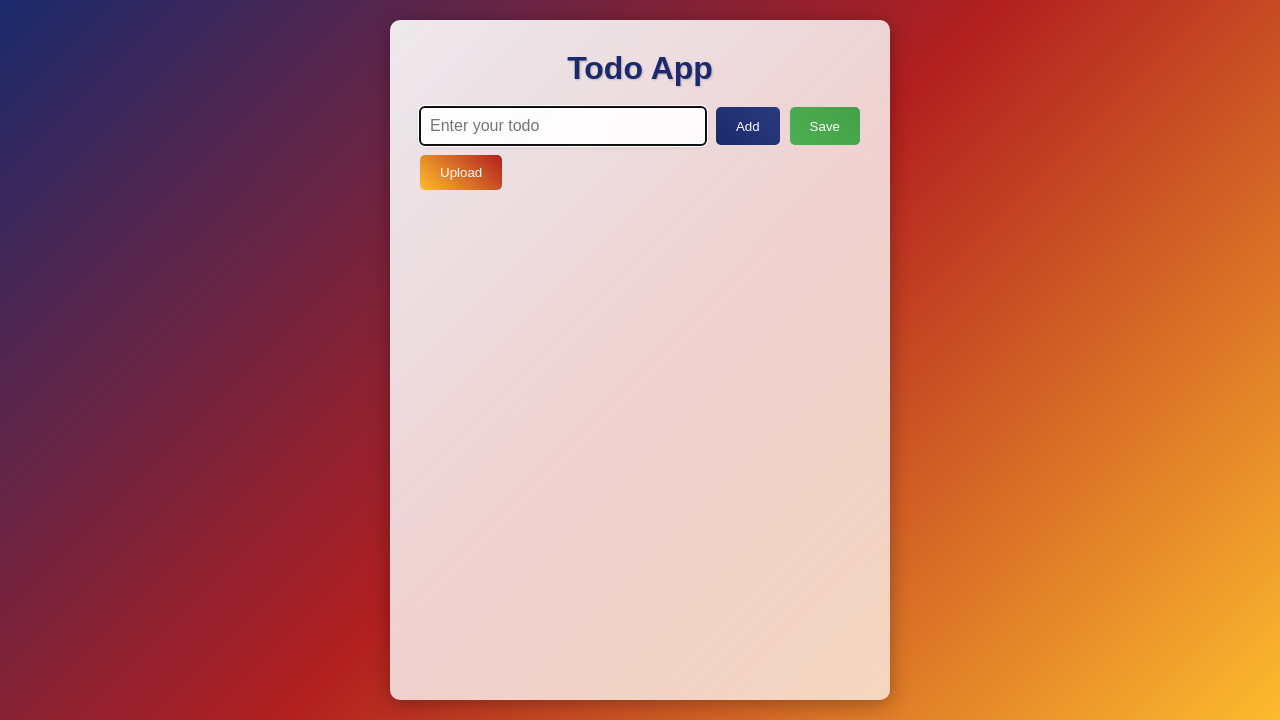
Repository: Teycir/todo-app
Page: index.html
These files come from the project's save history. The page is drawn as it stood at one moment and after the next save; the edit follows.
The browser window is 1280 px wide. The pictures show the whole page.

Above is the page before, as saved 2024-11-07 18:16:12.

### index.html
<!DOCTYPE html>
<html lang="en">
<head>
    <meta charset="UTF-8">
    <meta name="viewport" content="width=device-width, initial-scale=1.0">
    <title>Todo App</title>
    <link rel="stylesheet" href="style.css">
</head>
<body>
    <div class="container">
        <h1>Todo App</h1>
        <div class="input-section">
            <input type="text" id="todoInput" placeholder="Enter your todo">
            <button id="addTodo">Add</button>
            <button id="saveTodo">Save</button>
            <button id="uploadTodo">Upload</button>
        </div>
        <ul id="todoList"></ul>
    </div>
    <script src="script.js"></script>
</body>
</html>

### style.css
* {
    margin: 0;
    padding: 0;
    box-sizing: border-box;
    font-family: Arial, sans-serif;
}

body {
    background: linear-gradient(135deg, #1a2a6c, #b21f1f, #fdbb2d);
    min-height: 100vh;
    display: flex;
    justify-content: center;
    padding: 20px;
}

.container {
    background: linear-gradient(135deg,
        rgba(255, 255, 255, 0.9),
        rgba(255, 255, 255, 0.8) 50%,
        rgba(255, 255, 255, 0.7)
    );
    padding: 30px;
    border-radius: 10px;
    box-shadow: 0 4px 20px rgba(0, 0, 0, 0.3);
    backdrop-filter: blur(10px);
    width: 100%;
    max-width: 500px;
}

h1 {
    color: #1a2a6c;
    text-align: center;
    margin-bottom: 20px;
    text-shadow: 1px 1px 2px rgba(0, 0, 0, 0.2);
}

.input-section {
    display: flex;
    gap: 10px;
    margin-bottom: 20px;
    flex-wrap: wrap;
}

#todoInput {
    flex: 1;
    min-width: 200px;
    padding: 10px;
    border: none;
    border-radius: 5px;
    font-size: 16px;
    background: linear-gradient(to right, rgba(255, 255, 255, 0.95), rgba(255, 255, 255, 0.9));
    box-shadow: 0 2px 5px rgba(0, 0, 0, 0.1);
}

#addTodo, #saveTodo, #uploadTodo {
    padding: 10px 20px;
    color: white;
    border: none;
    border-radius: 5px;
    cursor: pointer;
    transition: transform 0.2s, box-shadow 0.2s;
}

#addTodo {
    background: linear-gradient(45deg, #1a2a6c, #2a3a7c);
}

#saveTodo {
    background: linear-gradient(45deg, #4CAF50, #45a049);
}

#uploadTodo {
    background: linear-gradient(45deg, #fdbb2d, #b21f1f);
}

#todoList {
    list-style: none;
}

.todo-item {
    display: flex;
    align-items: center;
    padding: 10px;
    background: linear-gradient(to right, rgba(255, 255, 255, 0.95), rgba(255, 255, 255, 0.85));
    margin-bottom: 8px;
    border-radius: 5px;
    transition: all 0.3s;
    box-shadow: 0 2px 5px rgba(0, 0, 0, 0.1);
}

.todo-item:hover {
    background: linear-gradient(to right, rgba(255, 255, 255, 0.98), rgba(255, 255, 255, 0.9));
    transform: translateX(5px);
}

.todo-item.completed {
    background: linear-gradient(to right, rgba(232, 245, 233, 0.9), rgba(232, 245, 233, 0.8));
    text-decoration: line-through;
    color: #666;
}

.todo-item input[type="checkbox"] {
    margin-right: 10px;
    cursor: pointer;
}

.todo-text {
    flex: 1;
    color: #1a2a6c;
}

.delete-btn {
    padding: 5px 10px;
    background: linear-gradient(45deg, #b21f1f, #c52f2f);
    color: white;
    border: none;
    border-radius: 3px;
    cursor: pointer;
    transition: transform 0.2s, box-shadow 0.2s;
}

/* Common button hover styles */
#addTodo:hover, #saveTodo:hover, #uploadTodo:hover, .delete-btn:hover {
    box-shadow: 0 4px 8px rgba(0, 0, 0, 0.3);
    filter: brightness(1.1);
}

/* Button active state */
#addTodo:active, #saveTodo:active, #uploadTodo:active, .delete-btn:active {
    transform: scale(0.95);
    box-shadow: 0 2px 4px rgba(0, 0, 0, 0.3);
}

### script.js
document.addEventListener('DOMContentLoaded', () => {
    const todoInput = document.getElementById('todoInput');
    const addTodoBtn = document.getElementById('addTodo');
    const saveTodoBtn = document.getElementById('saveTodo');
    const uploadTodoBtn = document.getElementById('uploadTodo');
    const todoList = document.getElementById('todoList');

    // Load todos from localStorage
    let todos = JSON.parse(localStorage.getItem('todos')) || [];

    // Function to save todos to txt file on Desktop
    async function saveTodosTxt() {
        const todoText = todos.map(todo =>
            `[${todo.completed ? 'x' : ' '}] ${todo.text}`
        ).join('\n');

        try {
            const blob = new Blob([todoText], { type: 'text/plain' });
            const handle = await window.showSaveFilePicker({
                suggestedName: 'todos.txt',
                startIn: 'desktop',
                types: [{
                    description: 'Text Files',
                    accept: { 'text/plain': ['.txt'] },
                }],
            });
            const writable = await handle.createWritable();
            await writable.write(blob);
            await writable.close();
        } catch (err) {
            console.error('Failed to save todos to file:', err);
        }
    }

    // Add ripple effect to buttons
    function createRipple(event) {
        const button = event.currentTarget;
        const ripple = document.createElement('span');
        const rect = button.getBoundingClientRect();

        const diameter = Math.max(rect.width, rect.height);
        const radius = diameter / 2;

        ripple.style.width = ripple.style.height = `${diameter}px`;
        ripple.style.left = `${event.clientX - rect.left - radius}px`;
        ripple.style.top = `${event.clientY - rect.top - radius}px`;
        ripple.className = 'ripple';

        // Remove existing ripples
        const existingRipple = button.querySelector('.ripple');
        if (existingRipple) {
            existingRipple.remove();
        }

        button.appendChild(ripple);

        // Remove ripple after animation
        setTimeout(() => ripple.remove(), 600);
    }

    // Add hover effects to buttons
    function addButtonEffects(button) {
        button.addEventListener('mouseover', () => {
            button.style.transform = 'scale(1.05) rotate(1deg)';
        });

        button.addEventListener('mouseout', () => {
            button.style.transform = 'scale(1) rotate(0deg)';
        });

        button.addEventListener('click', createRipple);
    }

    // Render existing todos
    function renderTodos() {
        todoList.innerHTML = '';
        todos.forEach((todo, index) => {
            const li = document.createElement('li');
            li.className = `todo-item ${todo.completed ? 'completed' : ''}`;

            li.innerHTML = `
                <input type="checkbox" ${todo.completed ? 'checked' : ''}>
                <span class="todo-text">${todo.text}</span>
                <button class="delete-btn">Delete</button>
            `;

            // Toggle completion
            const checkbox = li.querySelector('input[type="checkbox"]');
            checkbox.addEventListener('change', () => {
                todos[index].completed = checkbox.checked;
                li.classList.toggle('completed');
                saveTodos();
            });

            // Delete todo
            const deleteBtn = li.querySelector('.delete-btn');
            addButtonEffects(deleteBtn);
            deleteBtn.addEventListener('click', () => {
                li.style.transform = 'translateX(100px)';
                li.style.opacity = '0';
                setTimeout(() => {
                    todos.splice(index, 1);
                    renderTodos();
                    saveTodos();
                }, 300);
            });

            todoList.appendChild(li);
        });
    }

    // Save todos to localStorage only
    function saveTodos() {
        localStorage.setItem('todos', JSON.stringify(todos));
    }

    // Load todos from txt file
    async function loadTodosFromFile() {
        try {
            const [fileHandle] = await window.showOpenFilePicker({
                types: [{
                    description: 'Text Files',
                    accept: { 'text/plain': ['.txt'] },
                }],
            });
            const file = await fileHandle.getFile();
            const content = await file.text();

            // Parse the txt file content
            todos = content.split('\n').map(line => ({
                text: line.substring(4),
                completed: line.startsWith('[x]')
            })).filter(todo => todo.text);

            renderTodos();
            saveTodos();
        } catch (err) {
            console.error('Failed to load todos from file:', err);
        }
    }

    // Add new todo
    function addTodo() {
        const text = todoInput.value.trim();
        if (text) {
            todos.push({
                text,
                completed: false
            });
            todoInput.value = '';
            renderTodos();
            saveTodos();
            todoInput.focus();
        }
    }

    // Add effects to buttons
    addButtonEffects(addTodoBtn);
    addButtonEffects(saveTodoBtn);
    addButtonEffects(uploadTodoBtn);

    // Event listeners
    addTodoBtn.addEventListener('click', addTodo);
    saveTodoBtn.addEventListener('click', saveTodosTxt);
    uploadTodoBtn.addEventListener('click', loadTodosFromFile);

    todoInput.addEventListener('keypress', (e) => {
        if (e.key === 'Enter') {
            addTodo();
        }
    });

    // Add ripple styles
    const style = document.createElement('style');
    style.textContent = `
        .ripple {
            position: absolute;
            background: rgba(255, 255, 255, 0.7);
            border-radius: 50%;
            transform: scale(0);
            animation: ripple 0.6s linear;
            pointer-events: none;
        }

        @keyframes ripple {
            to {
                transform: scale(4);
                opacity: 0;
            }
        }

        .todo-item {
            transition: transform 0.3s, opacity 0.3s;
        }

        .delete-btn, #addTodo, #saveTodo, #uploadTodo {
            position: relative;
            overflow: hidden;
            transform: scale(1) rotate(0deg);
            transition: transform 0.3s, box-shadow 0.3s;
        }
    `;
    document.head.appendChild(style);

    // Initial render
    renderTodos();
    todoInput.focus();
});

After the next save:
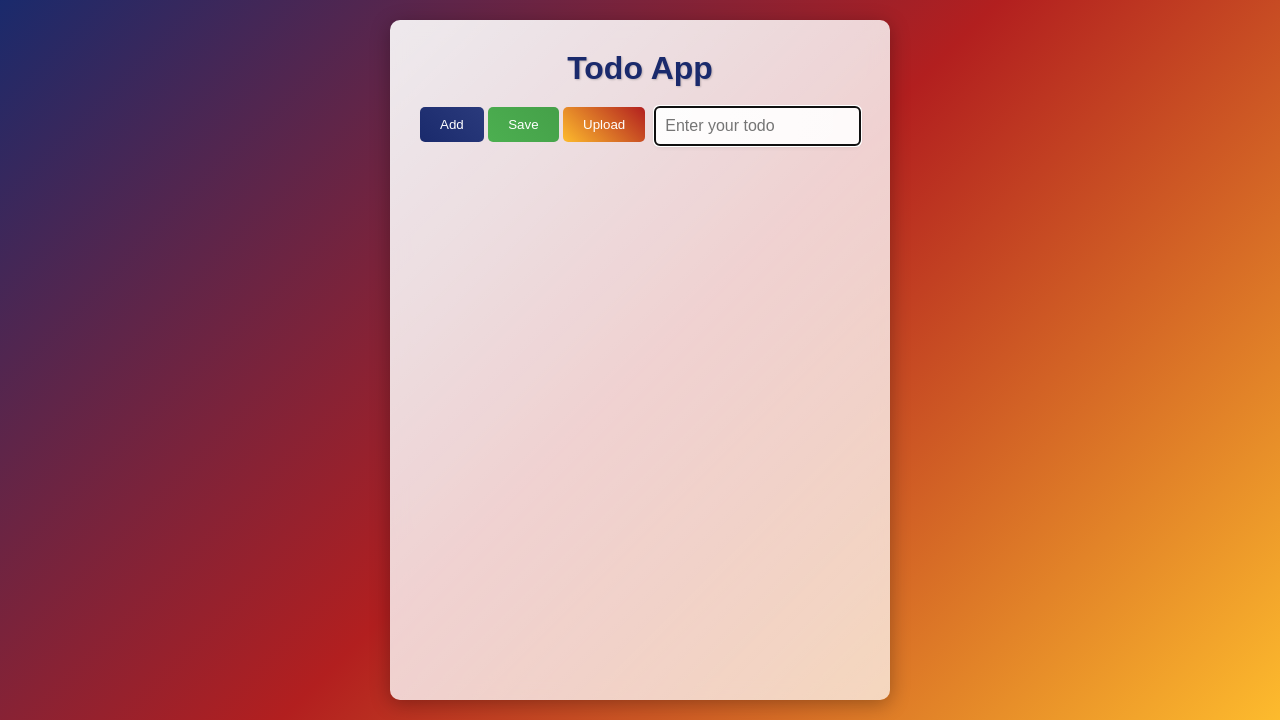
Saved 5 min 4 s later.
--- a/index.html
+++ b/index.html
@@ -10,10 +10,12 @@
     <div class="container">
         <h1>Todo App</h1>
         <div class="input-section">
+            <div class="button-group">
+                <button id="addTodo">Add</button>
+                <button id="saveTodo">Save</button>
+                <button id="uploadTodo">Upload</button>
+            </div>
             <input type="text" id="todoInput" placeholder="Enter your todo">
-            <button id="addTodo">Add</button>
-            <button id="saveTodo">Save</button>
-            <button id="uploadTodo">Upload</button>
         </div>
         <ul id="todoList"></ul>
     </div>
